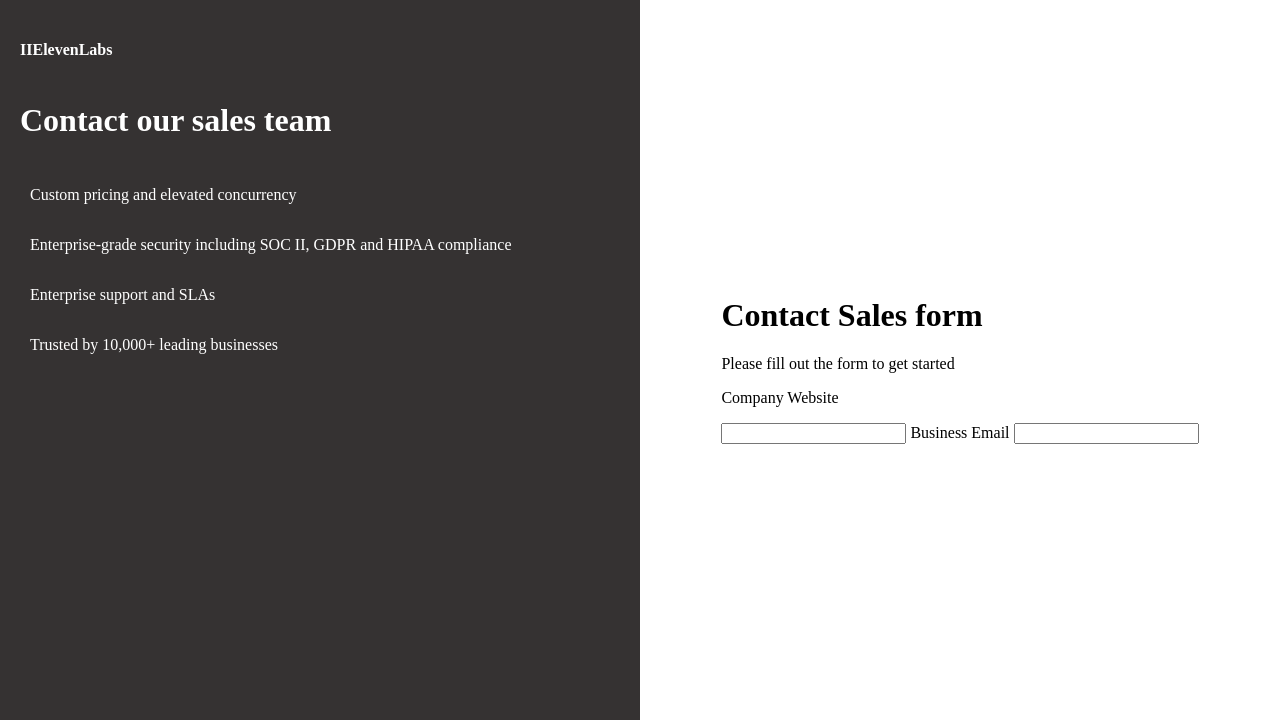
Repository: RohanSai22/harkirat-cohort-learnings
Page: Web/w1_a2.html
An editor plug-in stored every save of this project. The page is shown before and after the next save, followed by the edit.
The browser window is 1280 px wide. The pictures show the whole page.

Above is the page before, as saved 2026-03-24 12:17:08.

After the next save:
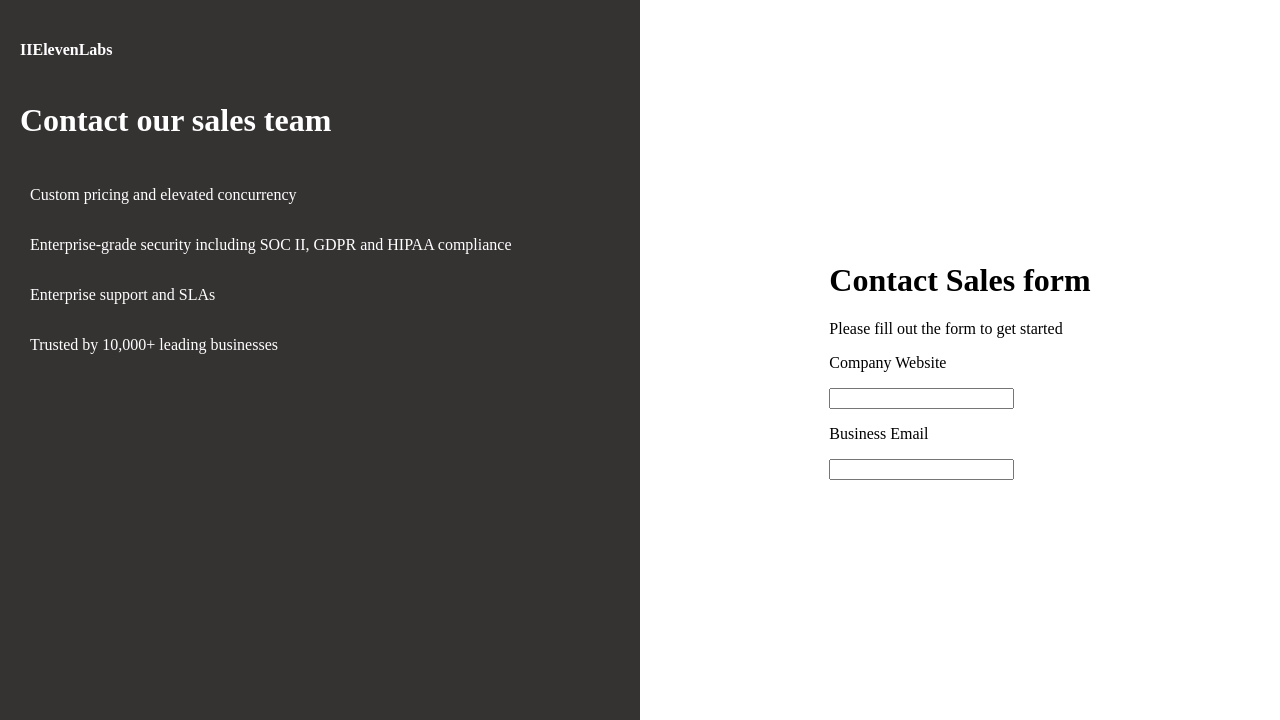
Saved 10 s later.
--- a/Web/w1_a2.html
+++ b/Web/w1_a2.html
@@ -23,7 +23,7 @@
                         <p>Please fill out the form to get started</p>
                         <p>Company Website</p>
                         <input type="url" aria-placeholder="https:www.cognitia.com">
-                        <label>Business Email</label>
+                        <p>Business Email</p>
                         <input type="email" aria-placeholder="cognitia@gmail.com"/>
                     </div>
                  </div>
